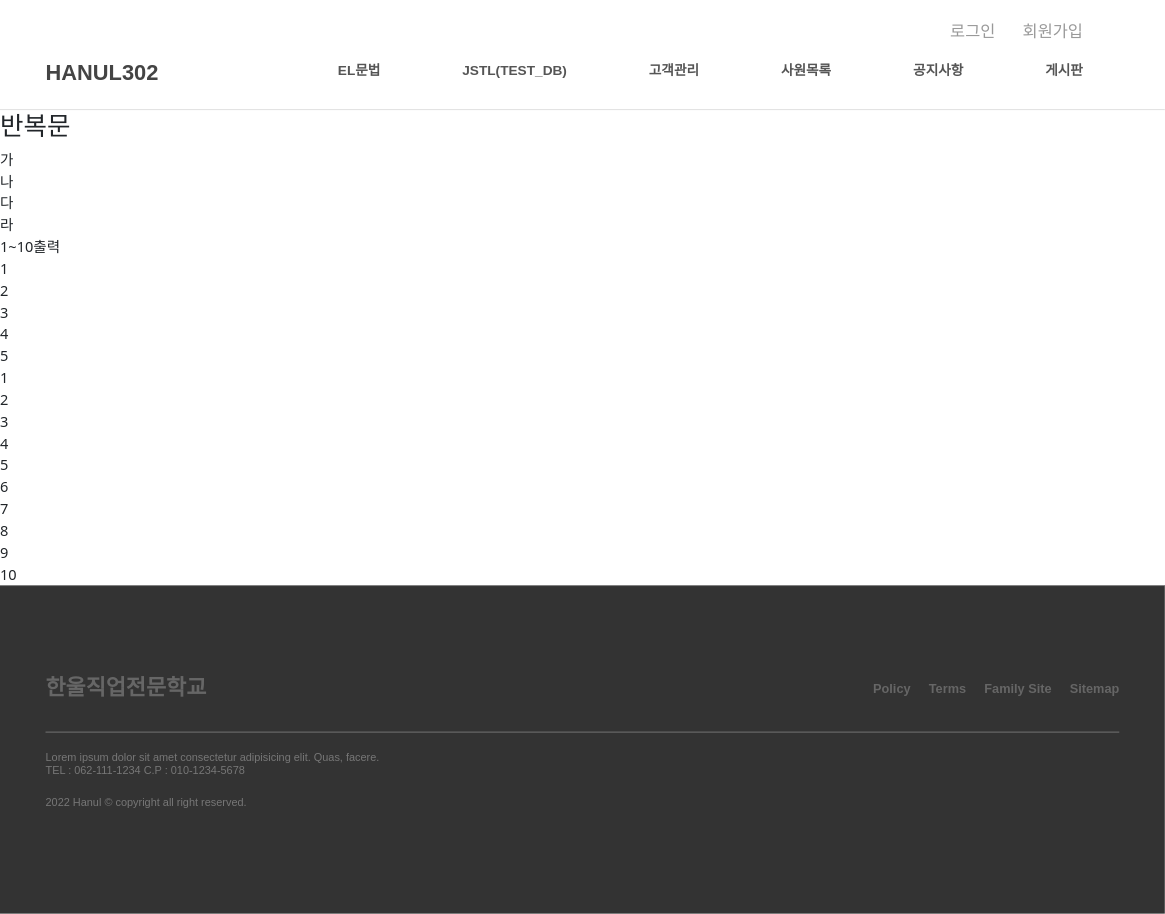
Repository: Xeyeong/servlet
Page: http://localhost/05.MiniProject/el/for.jsp
These files come from the project's save history. The page is drawn as it stood at one moment and after a run of saves; the edit follows.
The browser window is 1280 px wide. The pictures show the whole page, at 91% of full size.
Some web libraries are served in a nearby version. The page is served by Tomcat 9.

Above is the page before, as saved 2022-09-20 04:05:58.

After the next 2 saves:
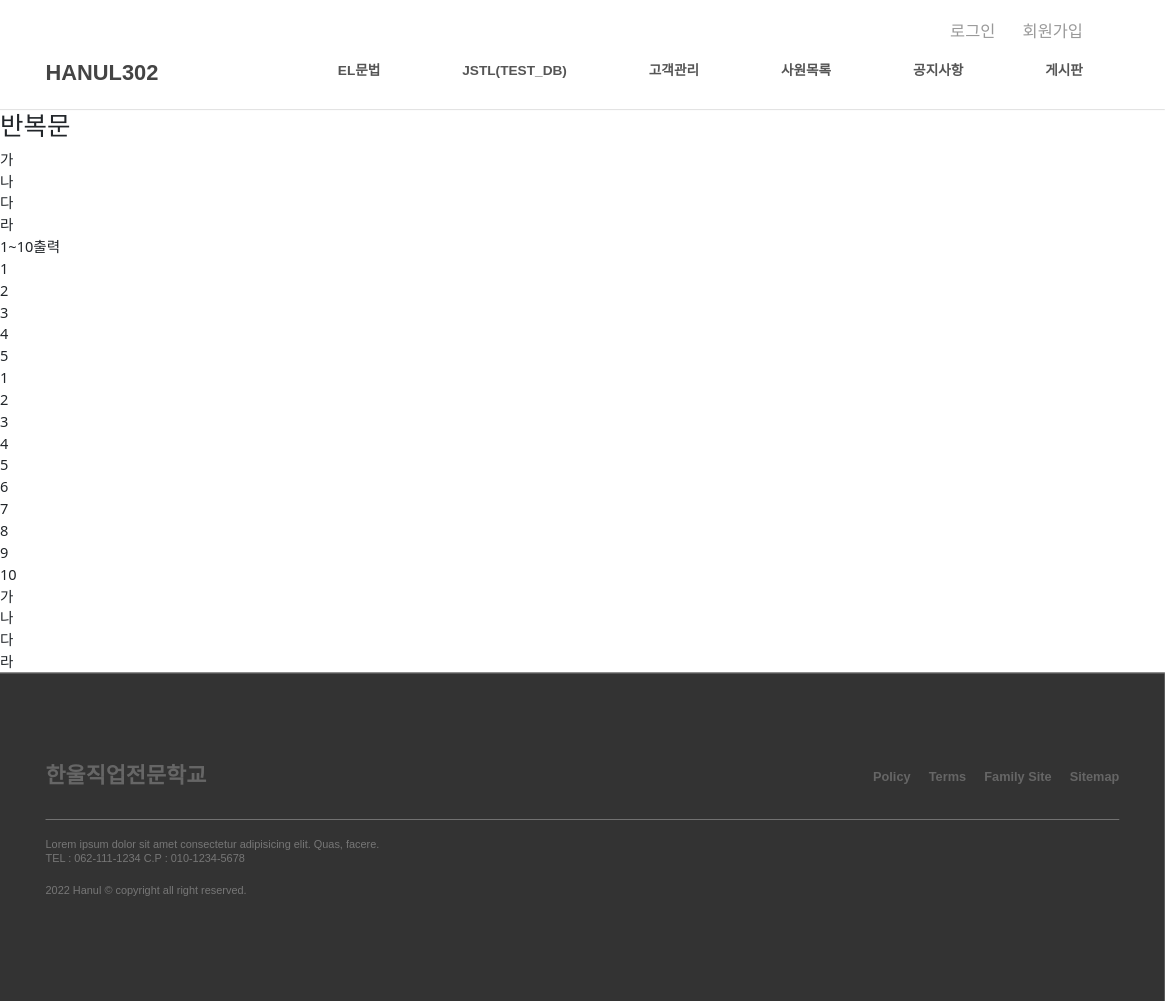
The 2 saves are shown as one change because they came seconds apart.
The last was saved 12 s later.
--- a/05.MiniProject/src/main/webapp/el/for.jsp
+++ b/05.MiniProject/src/main/webapp/el/for.jsp
@@ -27,7 +27,7 @@ for(int i = 1; i < 11; i++){
 }
 %>
 <c:forEach items="<%=str %>" var="s">
-
+<div>${s}</div>
 </c:forEach>
 
 
